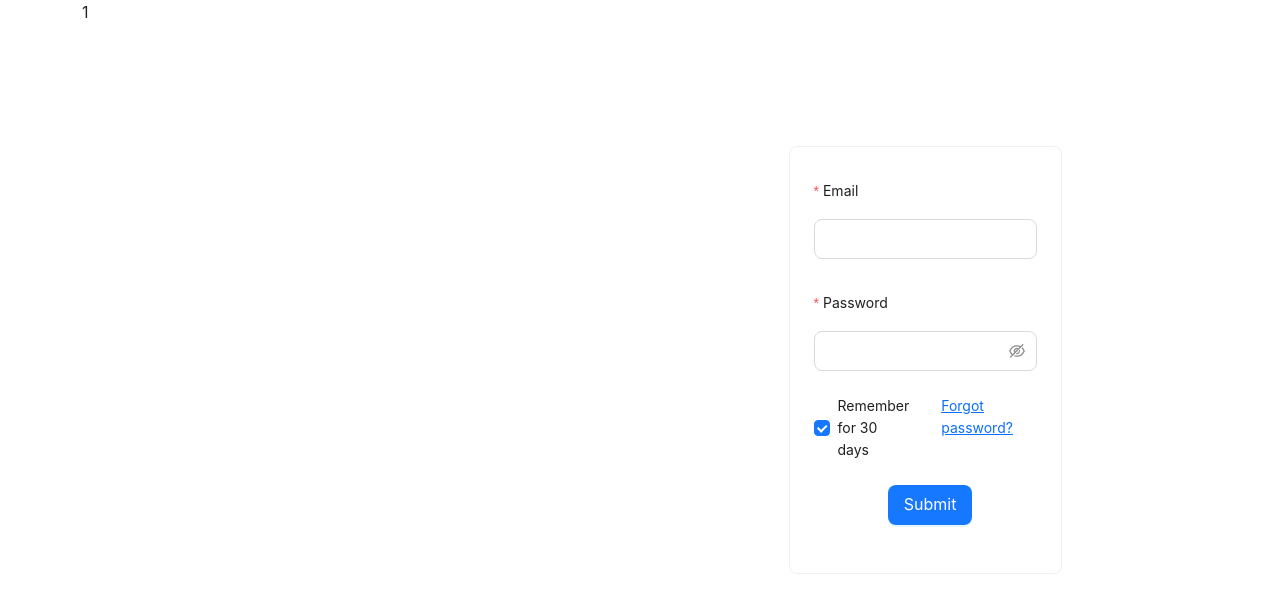
Repository: di-huynh-dev/kanban-inventory-management
Page: /
An editor plug-in stored every save of this project. The page is shown before and after a run of saves, followed by the edit.
The browser window is 1280 px wide. The pictures show the whole page.
The project was rebuilt for these pictures with package versions that can differ from the ones it lists, and the page was loaded fresh each time. Also part of the build but not shown: src/App.css, src/pages/auth/SignUp.tsx, src/routers/MainRouter.tsx.

Above is the page before, as saved 2024-09-07 11:58:06.

### public/index.html
<!DOCTYPE html>
<html lang="en">
  <head>
    <meta charset="utf-8" />
    <link rel="icon" href="%PUBLIC_URL%/favicon.ico" />
    <meta name="viewport" content="width=device-width, initial-scale=1" />
    <meta name="theme-color" content="#000000" />
    <meta
      name="description"
      content="Web site created using create-react-app"
    />
    <link rel="apple-touch-icon" href="%PUBLIC_URL%/logo192.png" />
    <link
      rel="stylesheet"
      href="https://cdn.jsdelivr.net/npm/bootstrap@5.3.2/dist/css/bootstrap.min.css"
      integrity="sha384-T3c6CoIi6uLrA9TneNEoa7RxnatzjcDSCmG1MXxSR1GAsXEV/Dwwykc2MPK8M2HN"
      crossorigin="anonymous"
    />
    <!--
      manifest.json provides metadata used when your web app is installed on a
      user's mobile device or desktop. See https://developers.google.com/web/fundamentals/web-app-manifest/
    -->
    <link rel="manifest" href="%PUBLIC_URL%/manifest.json" />
    <!--
      Notice the use of %PUBLIC_URL% in the tags above.
      It will be replaced with the URL of the `public` folder during the build.
      Only files inside the `public` folder can be referenced from the HTML.

      Unlike "/favicon.ico" or "favicon.ico", "%PUBLIC_URL%/favicon.ico" will
      work correctly both with client-side routing and a non-root public URL.
      Learn how to configure a non-root public URL by running `npm run build`.
    -->
    <title>React App</title>
  </head>
  <body>
    <noscript>You need to enable JavaScript to run this app.</noscript>
    <div id="root"></div>
    <!--
      This HTML file is a template.
      If you open it directly in the browser, you will see an empty page.

      You can add webfonts, meta tags, or analytics to this file.
      The build step will place the bundled scripts into the <body> tag.

      To begin the development, run `npm start` or `yarn start`.
      To create a production bundle, use `npm run build` or `yarn build`.
    -->
  </body>
</html>

### src/index.css
body {
  margin: 0;
  font-family: -apple-system, BlinkMacSystemFont, 'Segoe UI', 'Roboto', 'Oxygen', 'Ubuntu', 'Cantarell', 'Fira Sans',
    'Droid Sans', 'Helvetica Neue', sans-serif;
  -webkit-font-smoothing: antialiased;
  -moz-osx-font-smoothing: grayscale;
}

code {
  font-family: source-code-pro, Menlo, Monaco, Consolas, 'Courier New', monospace;
}

.content-center {
  height: 100vh;
  justify-content: center;
  align-items: center;
  display: flex;
}

### src/App.tsx
import './App.css'
import Routers from './routers/Routers'

function App() {
  return <Routers />
}

export default App

### src/routers/Routers.tsx
import AuthRouter from './AuthRouter'
import MainRouter from './MainRouter'

const Routers = () => {
  return 1 < 2 ? <AuthRouter></AuthRouter> : <MainRouter></MainRouter>
}

export default Routers

### src/routers/AuthRouter.tsx
import { createBrowserRouter, RouterProvider } from 'react-router-dom'
import { LoginPage, SignUpPage } from '../pages'

const authRouter = createBrowserRouter([
  {
    path: '/',
    element: <LoginPage></LoginPage>,
  },
  {
    path: '/sign-up',
    element: <SignUpPage></SignUpPage>,
  },
])
const AuthRouter = () => {
  return (
    <div className="container">
      <div className="row">
        <div className="col">1</div>
        <div className="col content-center">
          <RouterProvider router={authRouter} />
        </div>
      </div>
    </div>
  )
}

export default AuthRouter

### src/pages/index.ts
import LoginPage from './auth/Login'
import SignUpPage from './auth/SignUp'

export { LoginPage, SignUpPage }

### src/pages/auth/Login.tsx
import type { FormProps } from 'antd'
import { Button, Card, Checkbox, Form, Input } from 'antd'
import { Link } from 'react-router-dom'

type FieldType = {
  email?: string
  password?: string
  remember?: string
}

const LoginPage = () => {
  const onFinish: FormProps<FieldType>['onFinish'] = (values) => {
    console.log('Success:', values)
  }

  const onFinishFailed: FormProps<FieldType>['onFinishFailed'] = (errorInfo) => {
    console.log('Failed:', errorInfo)
  }
  return (
    <>
      <Card
        style={{
          width: '50%',
        }}
      >
        <Form
          layout="vertical"
          initialValues={{ remember: true }}
          onFinish={onFinish}
          onFinishFailed={onFinishFailed}
          size="large"
        >
          <Form.Item<FieldType> label="Email" name="email" rules={[{ required: true, message: 'Enter your email' }]}>
            <Input />
          </Form.Item>

          <Form.Item<FieldType> label="Password" name="password" rules={[{ required: true, message: '**********' }]}>
            <Input.Password />
          </Form.Item>

          <div className="row">
            <div className="col">
              <Form.Item<FieldType> name="remember" valuePropName="checked">
                <Checkbox>Remember for 30 days</Checkbox>
              </Form.Item>
            </div>

            <div className="col text-right">
              <Link to={'/'}>Forgot password?</Link>
            </div>
          </div>

          <Form.Item wrapperCol={{ offset: 8, span: 16 }}>
            <Button type="primary" htmlType="submit">
              Submit
            </Button>
          </Form.Item>
        </Form>
      </Card>
    </>
  )
}

export default LoginPage

Loaded but not shown: src/index.tsx (common file); src/reportWebVitals.ts (common file)

After the next 2 saves:
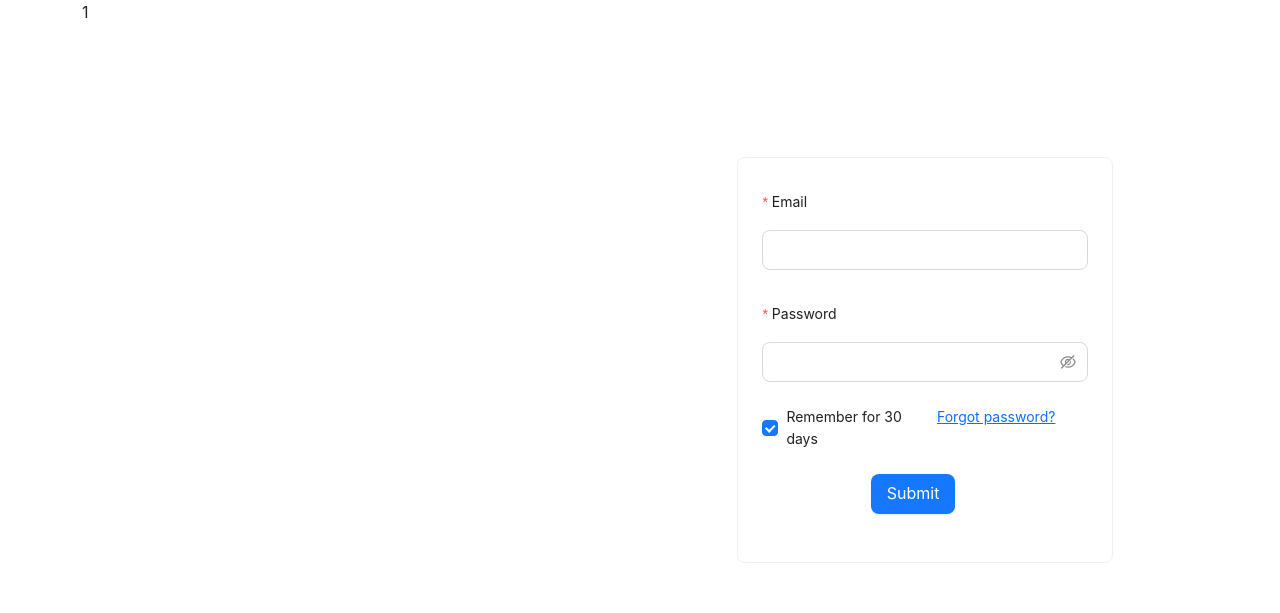
The 2 saves are shown as one change because 1 did not build or start.
The last was saved 60 s later.
--- a/src/pages/auth/Login.tsx
+++ b/src/pages/auth/Login.tsx
@@ -18,11 +18,7 @@ const LoginPage = () => {
   }
   return (
     <>
-      <Card
-        style={{
-          width: '50%',
-        }}
-      >
+      <Card>
         <Form
           layout="vertical"
           initialValues={{ remember: true }}
